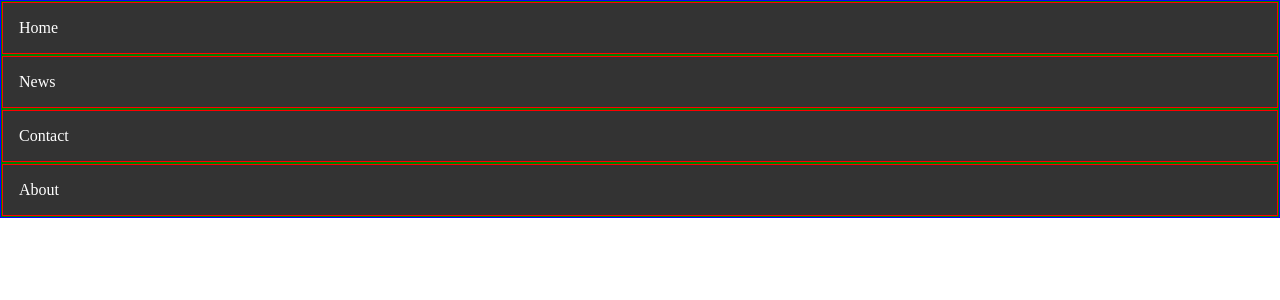
Repository: msgggg1/webPro
Page: webPro/src/main/webapp/html/days04/ex02_review.html
The author's editor kept a copy of each file at every save. The page is drawn from the files as they stood at one save, then again after the next save.
The browser window is 1280 px wide. The pictures show the whole page.

Above is the page before, as saved 2025-04-24 14:01:45.

### webPro/src/main/webapp/html/days04/ex02_review.html
<!DOCTYPE html>
<html>
<head>
<meta charset="UTF-8">
<title>Insert title here</title>
<link rel="shortcut icon" type="image/x-icon" href="http://localhost/webPro/images/SiSt.ico">
<script src="https://ajax.googleapis.com/ajax/libs/jquery/3.7.1/jquery.min.js"></script>
<style>
	html,body{
		padding: 0;
		margin: 0;
	}

	ul#main{
		border: solid 1px blue;
		background-color: #333;
		list-style-type: none;
		padding:0;
		margin: 0;
	}

	ul#main li{
		border: solid 1px green;
	}

	ul#main li a{
		color: white;
		text-decoration: none;
		border: solid 1px red;

		padding: 16px;
		display: block;
	}

</style>
</head>
<body>
	<ul id="main">
		<li><a href="#">Home</a></li>
		<li><a href="#" class="active">News</a></li>
		<li><a href="#">Contact</a></li>
		<li><a href="#">About</a></li>
	</ul>



</body>
</html>

After the next save:
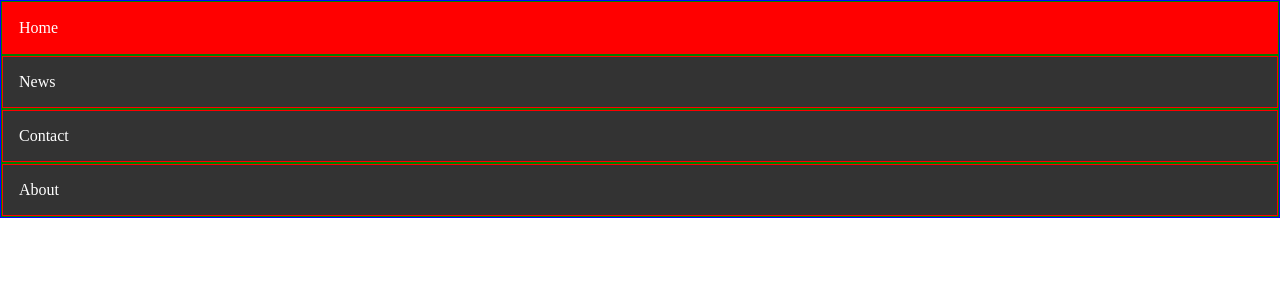
Saved 46 s later.
--- a/webPro/src/main/webapp/html/days04/ex02_review.html
+++ b/webPro/src/main/webapp/html/days04/ex02_review.html
@@ -32,6 +32,10 @@
 		display: block;
 	}
 
+	ul#main li:nth-child(1){
+		background-color: red;
+	}
+
 </style>
 </head>
 <body>
